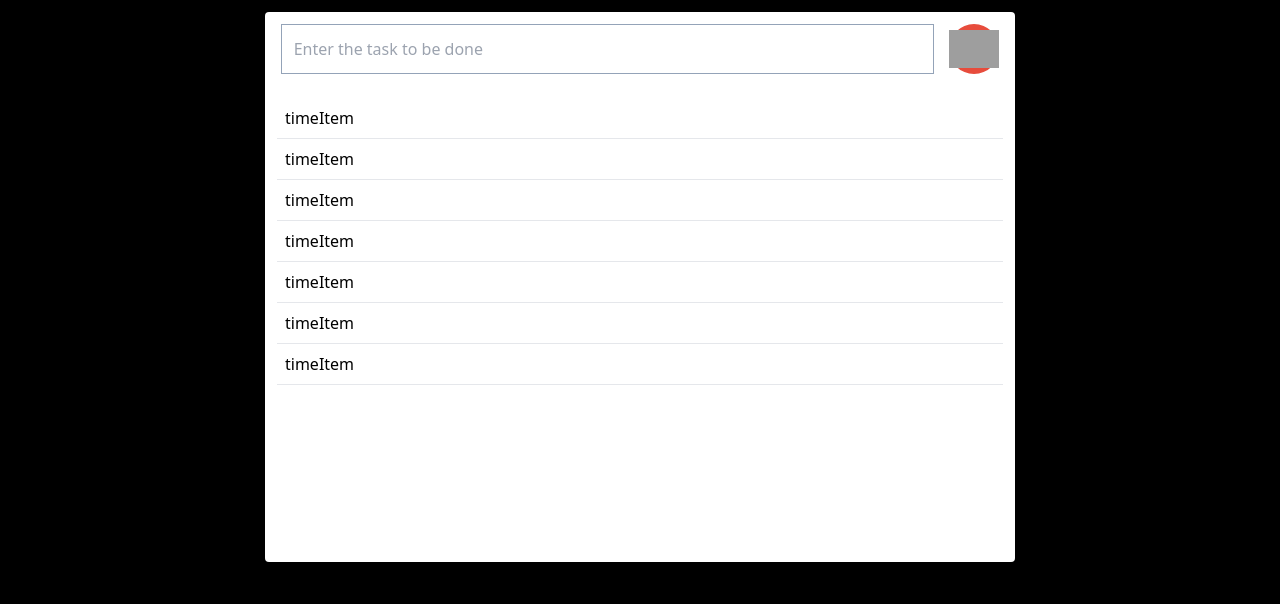
Repository: duttasayan835/todo-app-with-React-and-tailwind-CSS
Page: /
These files come from the project's save history. The page is drawn as it stood at one moment and after the next save; the edit follows.
The browser window is 1280 px wide. The pictures show the whole page.
Pictures or frames that could not be fetched are drawn as grey boxes. The project was rebuilt for these pictures with package versions that can differ from the ones it lists, and the page was loaded fresh each time.

Above is the page before, as saved 2024-06-12 11:12:12.

### src/App.js
import Box from "./Components/Box";
import Input from "./Components/Input";

function App() {
  return (
    <div className="h-screen p-3 bg-black ">
      <div className="max-w-[750px] min-h-[550px] shadow-2xl bg-white mx-auto rounded">
        <Input />
        <Box />
      </div>
    </div>
  );
}
export default App;

### src/Components/Box.jsx
import React from "react";
import Item from "./Item";

export default function Box() {
  return (
    <div className="p-3">
      <Item />
      <Item />
      <Item />
      <Item />
      <Item />
      <Item />
      <Item />
    </div>
  );
}

### src/Components/Input.jsx
import React from "react";

export default function Input() {
  return (
    <div className="flex justify-around gap-2 p-3">
      <input
        placeholder="Enter the task to be done"
        className=" w-[90%] p-3 border border-slate-400 focus:outline-none"
        type="text"
        aria-label="INPUT-TASK"
      />
      <div className="cursor-pointer w-[50px] h-[50px] bg-[#e74c3c] text-white text-3xl rounded-[50%] flex justify-center items-center ">
        <img
          src="https://cdn4.iconfinder.com/data/icons/ios-optimized-1/30/add__create__new__addition__buttons__more__round-1024.png"
          alt="add"
        />
      </div>
    </div>
  );
}

### src/Components/Item.jsx
import React from "react";

export default function Item() {
  return (
    <div className="w-full p-2 border-b">
      <div>
        <span>time</span>
        <span>Item</span>
      </div>
      <div></div>
    </div>
  );
}

Loaded but not shown: public/index.html (common file); src/index.js (common file); src/index.css (common file); src/reportWebVitals.js (common file); tailwind.config.js (common file)

After the next save:
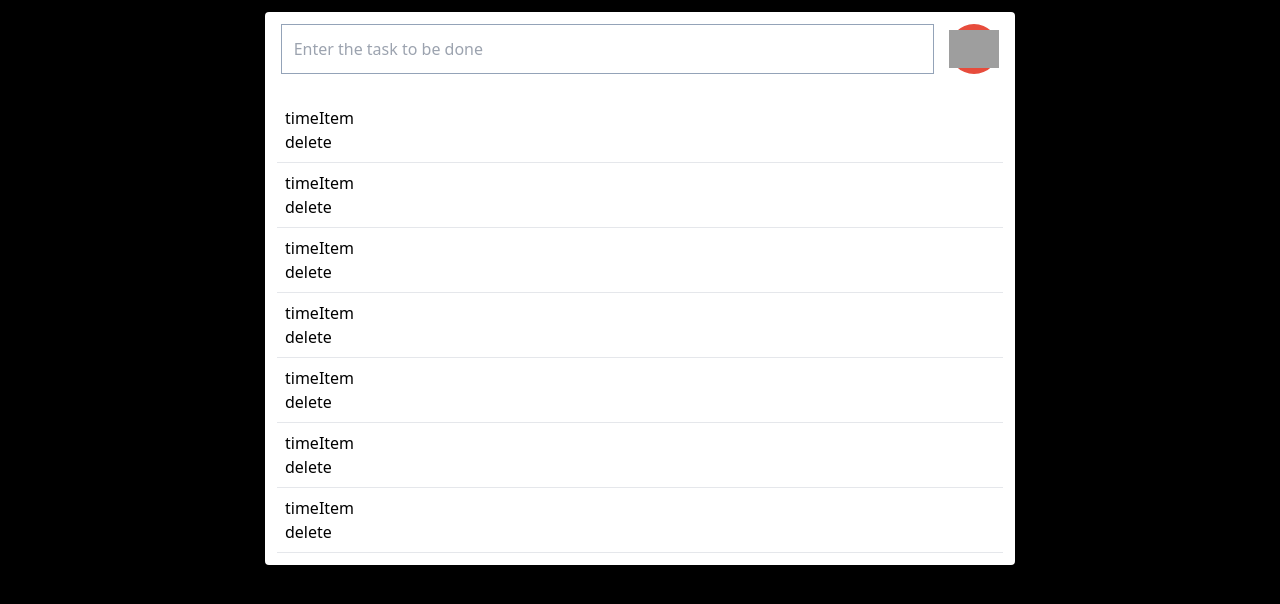
Saved 18 s later.
--- a/src/Components/Item.jsx
+++ b/src/Components/Item.jsx
@@ -7,7 +7,7 @@ export default function Item() {
         <span>time</span>
         <span>Item</span>
       </div>
-      <div></div>
+      <div> delete</div>
     </div>
   );
 }
